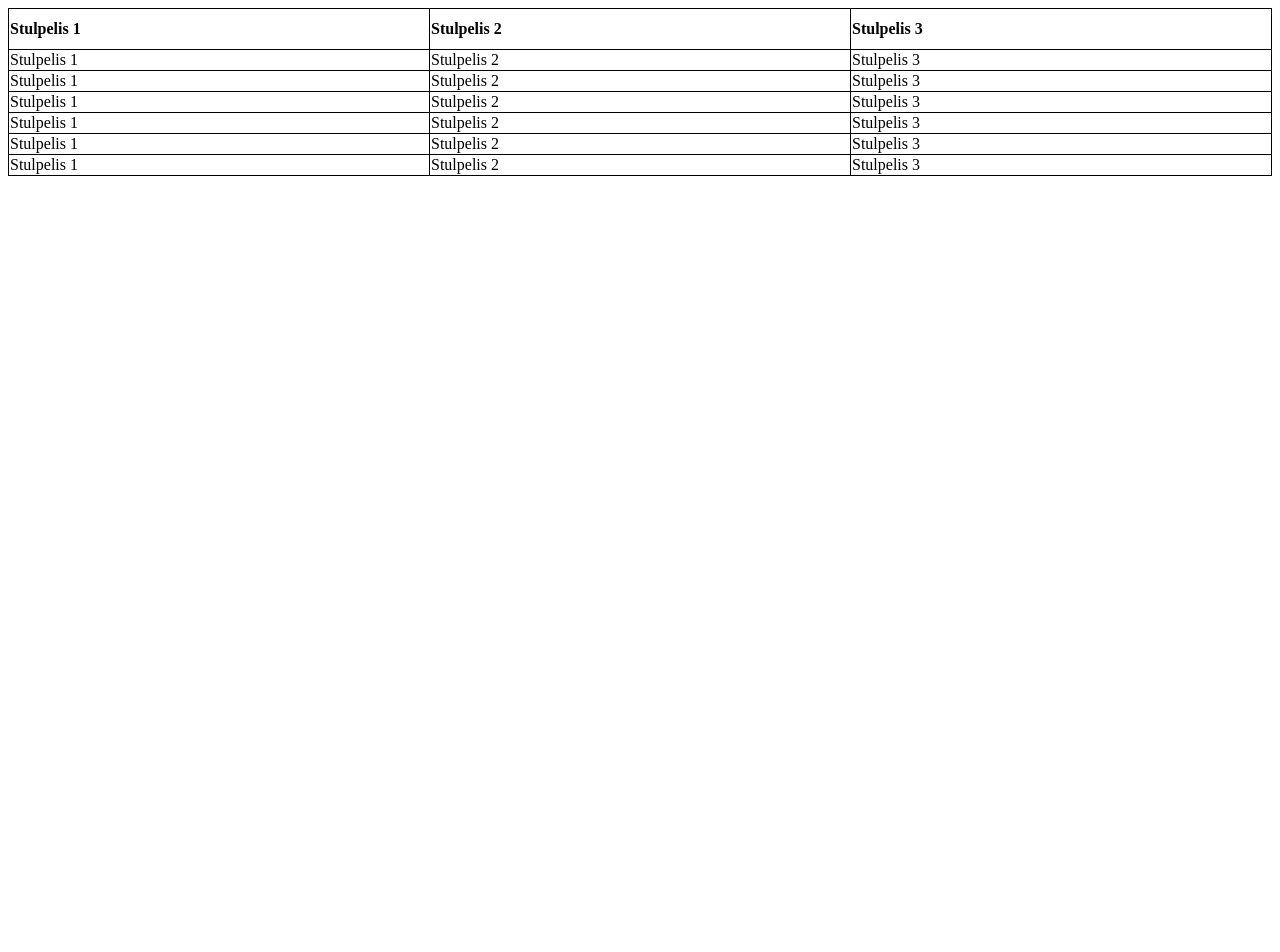
Repository: motiejus1/10-paskaita-05.31
Page: index.html
These files come from the project's save history. The page is drawn as it stood at one moment and after the next save; the edit follows.
The browser window is 1280 px wide. The pictures show the part of the page from y = 0 to 952 px (the page is 3184 px tall).
Backgrounds fixed to the window are drawn as part of the page.

Above is the page before, as saved 2021-06-16 19:55:12.

### index.html
<!DOCTYPE html>
<html lang="en">
<head>
    <meta charset="UTF-8">
    <meta http-equiv="X-UA-Compatible" content="IE=edge">
    <meta name="viewport" content="width=device-width, initial-scale=1.0">
    <title>10 paskaita</title>

    <style>
        .container {
            width: 100%;
            height: 1800px;
        }


        /* Fono spalvos */

        .fonas-spalva {
            background-color: green;
            opacity: 0.7;
        }

        .fonas {
            background-color: #657AD3;
            opacity: 0.7;
        }

        .fonas-rgb {
            background-color:rgb(101, 122, 211);
            opacity: 0.7;
        }

        .fonas-rgba {
            background-color:rgba(101, 122, 211, 0.7);
        }

        /* Paveiksliukas kaip fonas */
        .paveiksliukas {
            height: 100%;
            background-image: url("https://images.unsplash.com/photo-1593642531955-b62e17bdaa9c?ixid=MnwxMjA3fDF8MHxwaG90by1wYWdlfHx8fGVufDB8fHx8&ixlib=rb-1.2.1&auto=format&fit=crop&w=750&q=80");
            background-color:grey;
            background-repeat: no-repeat;
            opacity: 0.7;
            background-attachment: fixed;
            /* background-position: 5px 5px; */
            /* background-position: center center; */
            /* background-size: 100% 100%; */
            /* background-size: contain; background-size: 100% */
            /* background-size: cover; */


        }

        table {
            border: 1px solid black;
            margin-bottom: 1200px;
            width: 100%;
            border-collapse: collapse;
        }


        td, th {
            border: 1px solid black;
        }

        th {
            text-align: left;
            padding-top: 11px;
            padding-bottom: 11px;
            background-color:
        }
    </style>
</head>
<body>

    <table>
        <tr>
            <th>Stulpelis 1</th>
            <th>Stulpelis 2</th>
            <th>Stulpelis 3</th>
        </tr>
        <tr>
            <td>Stulpelis 1</td>
            <td>Stulpelis 2</td>
            <td>Stulpelis 3</td>
        </tr>
        <tr>
            <td>Stulpelis 1</td>
            <td>Stulpelis 2</td>
            <td>Stulpelis 3</td>
        </tr>
        <tr>
            <td>Stulpelis 1</td>
            <td>Stulpelis 2</td>
            <td>Stulpelis 3</td>
        </tr>
        <tr>
            <td>Stulpelis 1</td>
            <td>Stulpelis 2</td>
            <td>Stulpelis 3</td>
        </tr>
        <tr>
            <td>Stulpelis 1</td>
            <td>Stulpelis 2</td>
            <td>Stulpelis 3</td>
        </tr>
        <tr>
            <td>Stulpelis 1</td>
            <td>Stulpelis 2</td>
            <td>Stulpelis 3</td>
        </tr>
    </table>

    <div class="container fonas-rgba">
        <div class="paveiksliukas">
            Tekstas
        </div>
    </div>
</body>
</html>

After the next save:
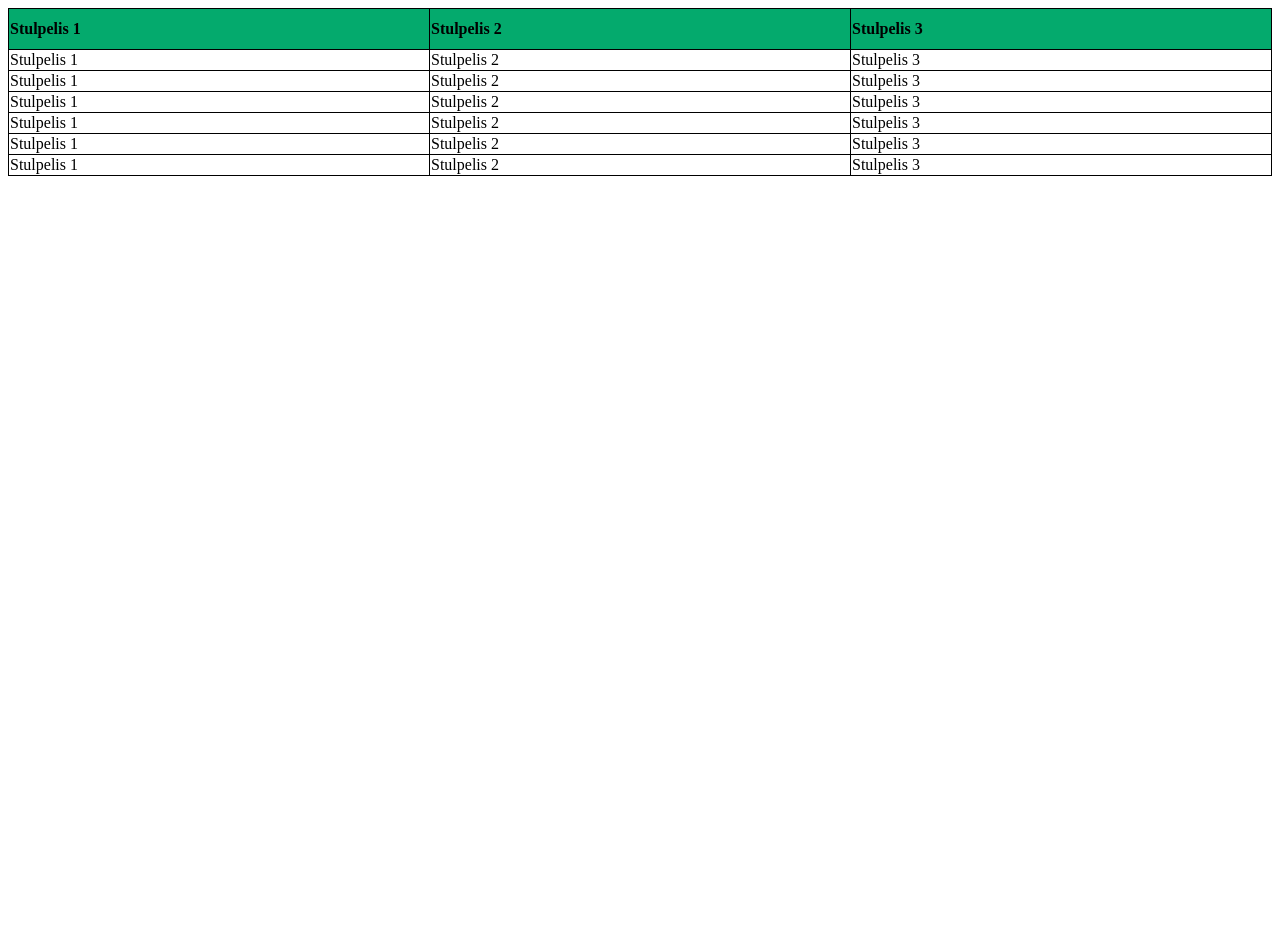
Saved 14 s later.
--- a/index.html
+++ b/index.html
@@ -67,7 +67,7 @@
             text-align: left;
             padding-top: 11px;
             padding-bottom: 11px;
-            background-color:
+            background-color: #04AA6D;
         }
     </style>
 </head>
